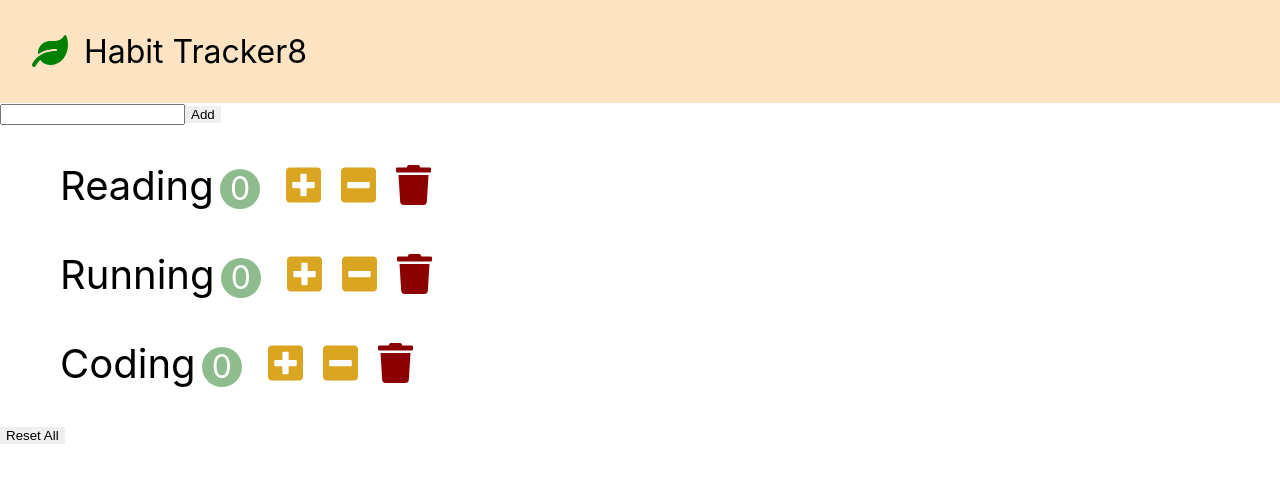
Repository: keehoonjung/react-habit-tracker
Page: / (app in react/habit-tracker/)
These files come from the project's save history. The page is drawn as it stood at one moment and after the next save; the edit follows.
The browser window is 1280 px wide. The pictures show the whole page.
The project was rebuilt for these pictures with package versions that can differ from the ones it lists, and the page was loaded fresh each time.

Above is the page before, as saved 2021-08-30 18:31:15.

### react/habit-tracker/public/index.html
<!DOCTYPE html>
<html lang="en">
  <head>
    <meta charset="utf-8" />
    <link rel="icon" href="%PUBLIC_URL%/favicon.ico" />
    <meta name="viewport" content="width=device-width, initial-scale=1" />
    <meta name="theme-color" content="#000000" />
    <meta
      name="description"
      content="Web site created using create-react-app"
    />
    <link rel="apple-touch-icon" href="%PUBLIC_URL%/logo192.png" />
    <title>App</title>
  </head>
  <body>
    <noscript>You need to enable JavaScript to run this app.</noscript>
    <div id="root"></div>
  </body>
</html>

### react/habit-tracker/src/app.jsx
import React, { Component } from "react";
import "./app.css";
import Habits from "./components/habits";

class App extends Component {
  state = {
    count: 0,
  };
  render() {
    return (
      <>
        <nav className="header">
          <i className="fas fa-leaf"></i>
          <span className="header-title">Habit Tracker</span>
          <span className="header-count">8</span>
        </nav>
        <div className="input-container">
          <input type="text" className="input" />
          <button className="habit-input">Add</button>
        </div>
        <Habits />
        <button className="reset-button">Reset All</button>
      </>
    );
  }
}

export default App;

### react/habit-tracker/src/app.css
button {
  outline: none;
  border: 0;
  cursor: pointer;
}

.header {
  background-color: bisque;
  font-size: 2rem;
  padding: 2rem 2rem;
}

.fa-leaf {
  color: green;
  margin-right: 1rem;
}

.habit {
  font-size: 2.5rem;
  padding: 0.5em;
  list-style: none;
}

.habit-count {
  display: inline-block;
  text-align: center;
  width: 2.5rem;
  height: 2.5rem;
  line-height: 2.5rem;
  font-size: 2rem;
  margin-left: 0.2em;
  margin-right: 0.5em;
  background-color: darkseagreen;
  color: white;
  border-radius: 50%;
}

.habit-button {
  font-size: 2.5rem;
  margin: 0 0.1em;
  background-color: transparent;
}

.habit-button:hover {
  opacity: 0.8;
}

.habit-increase,
.habit-decrease {
  color: goldenrod;
}

.habit-delete {
  color: darkred;
}

### react/habit-tracker/src/components/habits.jsx
import React, { Component } from "react";
import Habit from "./habit";

class Habits extends Component {
  state = {
    habits: [
      { id: 1, name: "Reading", count: 0 },
      { id: 2, name: "Running", count: 0 },
      { id: 3, name: "Coding", count: 0 },
    ],
  };

  handleIncrement = (habit) => {
    const habits = [...this.state.habits];
    const index = habits.indexOf(habit);
    habits[index].count++;
    this.setState({ habits });
  };
  handledecrement = (habit) => {
    const habits = [...this.state.habits];
    const index = habits.indexOf(habit);
    const count = habits[index].count - 1;
    habits[index].count = count < 0 ? 0 : count;
    this.setState({ habits });
  };
  handleDelete = (habit) => {
    const habits = this.state.habits.filter((item) => item.id !== habit.id);
    this.setState({ habits });
  };
  render() {
    return (
      <ul>
        {this.state.habits.map((habit) => (
          <Habit
            key={habit.id}
            habit={habit}
            OnhandleIncrement={this.handleIncrement}
            Onhandledecrement={this.handledecrement}
            OnhandleDelete={this.handleDelete}
          />
        ))}
      </ul>
    );
  }
}

export default Habits;

### react/habit-tracker/src/components/habit.jsx
import React, { Component } from "react";

class Habit extends Component {
  handleIncrement = () => {
    // this.setState({ count: this.state.count + 1 });
    this.props.OnhandleIncrement(this.props.habit);
  };

  handledecrement = () => {
    this.props.Onhandledecrement(this.props.habit);
  };
  handleDelete = () => {
    this.props.OnhandleDelete(this.props.habit);
  };
  render() {
    const { name, count } = this.props.habit;
    return (
      <li className="habit">
        <span className="habit-name">{name}</span>
        <span className="habit-count">{count}</span>
        <button
          className="habit-button habit-increase"
          onClick={this.handleIncrement}
        >
          <i className="fas fa-plus-square"></i>
        </button>
        <button
          className="habit-button habit-decrease"
          onClick={this.handledecrement}
        >
          <i className="fas fa-minus-square"></i>
        </button>
        <button
          className="habit-button habit-delete"
          onClick={this.handleDelete}
        >
          <i className="fas fa-trash"></i>
        </button>
      </li>
    );
  }
}

export default Habit;

Loaded but not shown: react/habit-tracker/src/index.js (common file); react/habit-tracker/src/index.css (common file)

After the next save:
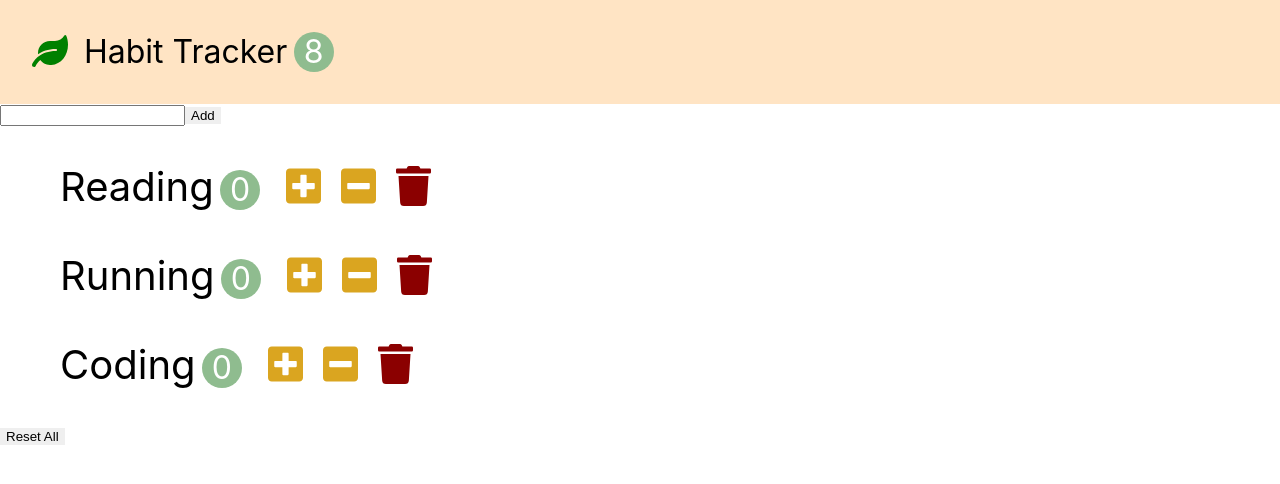
Saved 31 s later.
--- a/react/habit-tracker/src/app.css
+++ b/react/habit-tracker/src/app.css
@@ -13,6 +13,20 @@ button {
 .fa-leaf {
   color: green;
   margin-right: 1rem;
+}
+
+.header-count {
+  display: inline-block;
+  text-align: center;
+  width: 2.5rem;
+  height: 2.5rem;
+  line-height: 2.5rem;
+  font-size: 2rem;
+  margin-left: 0.2em;
+  margin-right: 0.5em;
+  background-color: darkseagreen;
+  color: white;
+  border-radius: 50%;
 }
 
 .habit {
